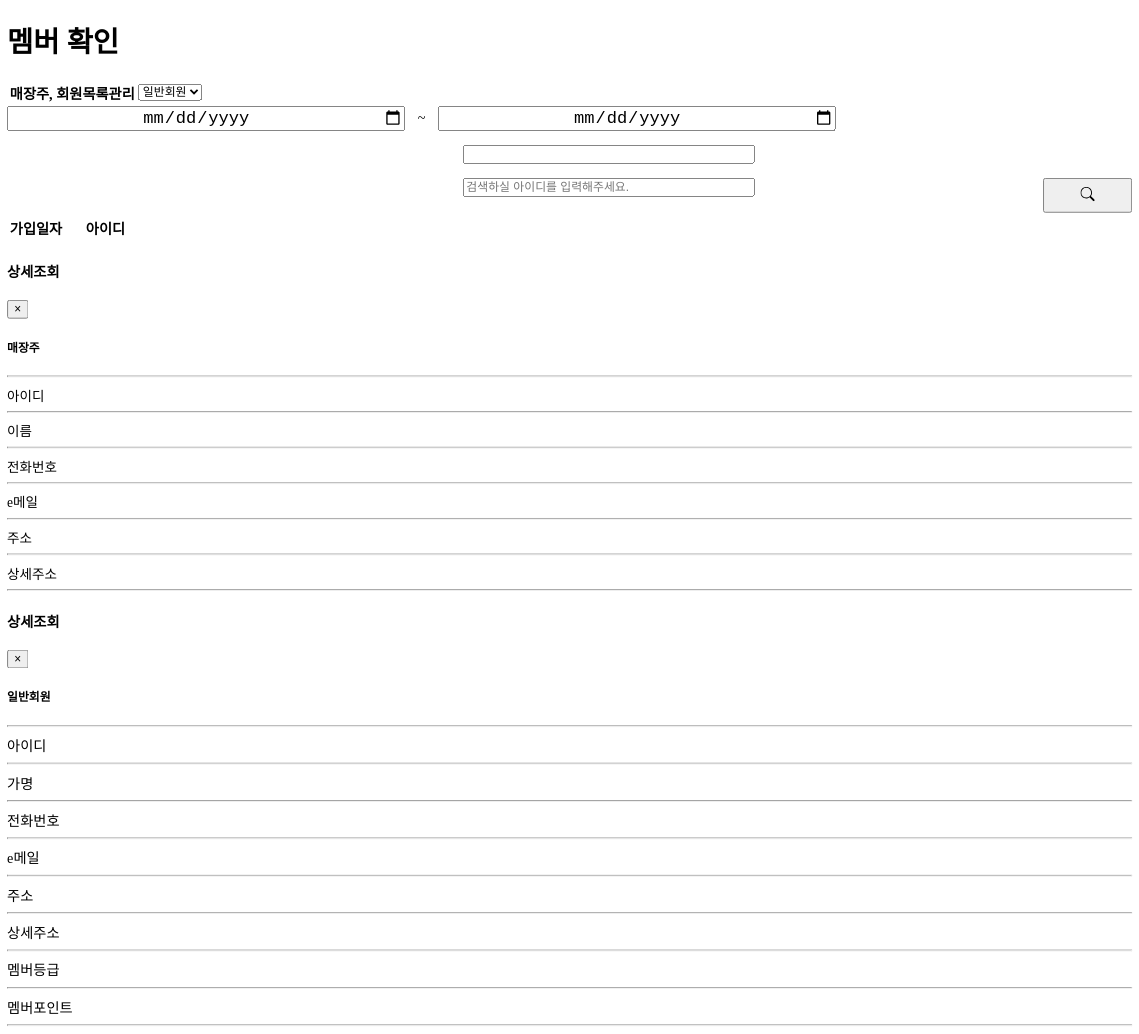
Repository: kimsungwo/project_01
Page: http://localhost/TeamCoffee/WEB-INF/views/admin/member_manage.jsp
These files come from the project's save history. The page is drawn as it stood at one moment and after the next save; the edit follows.
The browser window is 1280 px wide. The pictures show the whole page, at 89% of full size.
The page is served by Tomcat 9. Nobody is signed in. The template is opened directly, without the code that normally fills it, so the values that code supplies are empty.

Above is the page before, as saved 2021-05-18 03:55:07.
Console error: ReferenceError: $ is not defined

After the next save:
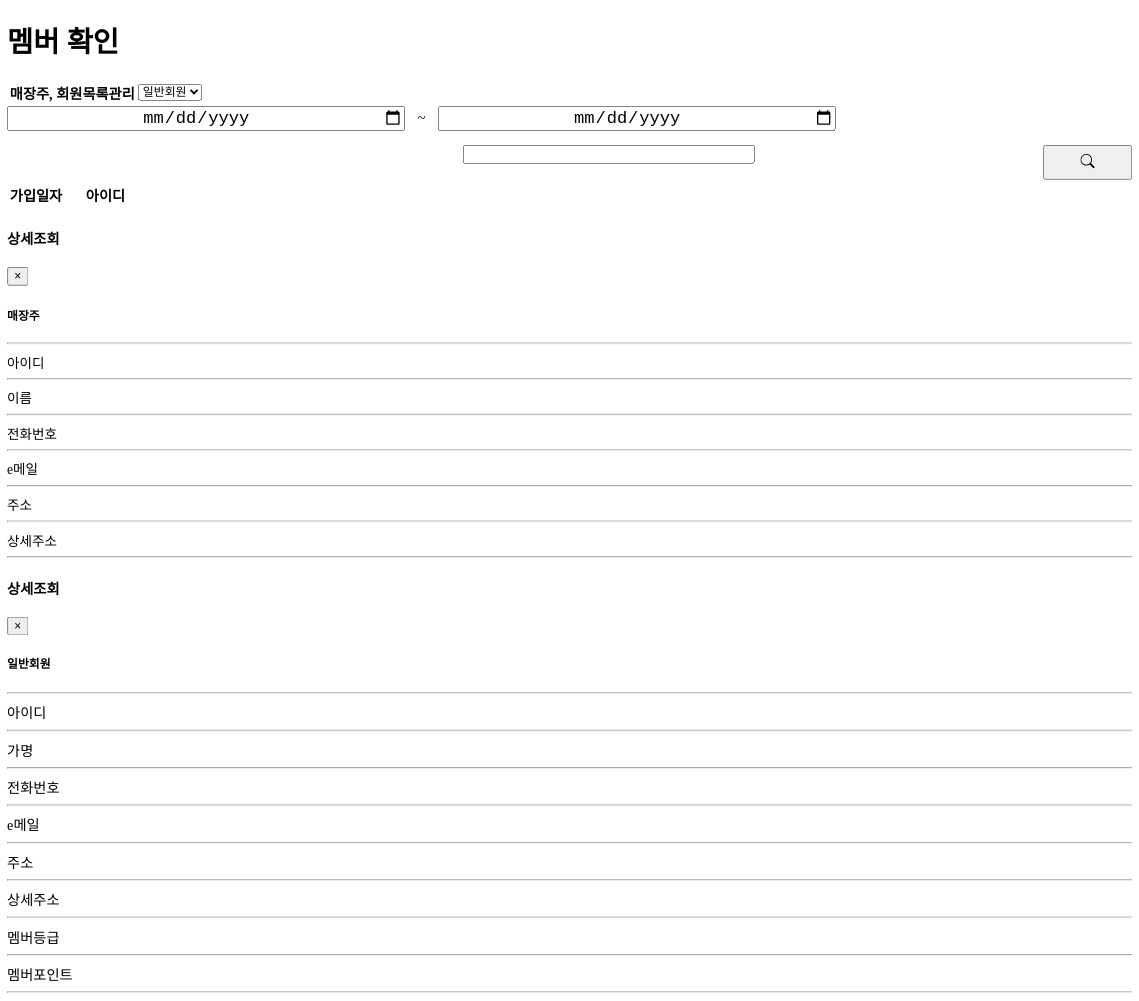
Saved 10 s later.
--- a/TeamCoffee/src/main/webapp/WEB-INF/views/admin/member_manage.jsp
+++ b/TeamCoffee/src/main/webapp/WEB-INF/views/admin/member_manage.jsp
@@ -143,7 +143,6 @@ textarea{
 						<span id="dateMargin">~</span>
 						<input type="date" class="form-control" name="nowDate" value="${buyVO.nowDate}" id="nowDate">
 								<input type="text" class="form-control" name="searchText" value="${adminViewVO.searchText}" id="searchText">
-								<input type="text" class="form-control" name="searchText" placeholder="검색하실 아이디를 입력해주세요." id="searchText">
 						<button type="submit" class="btn btn-dark btn-sm" id="searchDateBtn">
 							<svg xmlns="http://www.w3.org/2000/svg" width="16" height="16" fill="currentColor" class="bi bi-search" viewBox="0 0 16 16">
 								<path d="M11.742 10.344a6.5 6.5 0 1 0-1.397 1.398h-.001c.03.04.062.078.098.115l3.85 3.85a1 1 0 0 0 1.415-1.414l-3.85-3.85a1.007 1.007 0 0 0-.115-.1zM12 6.5a5.5 5.5 0 1 1-11 0 5.5 5.5 0 0 1 11 0z"/>
